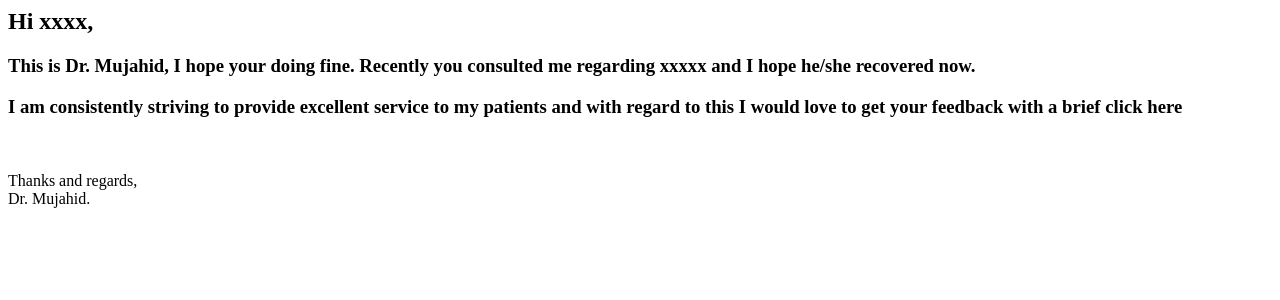
Repository: fazilkarni/mybaby
Page: mybaby/src/com/mybaby/communication/email/email.html
An editor plug-in stored every save of this project. The page is shown before and after the next save, followed by the edit.
The browser window is 1280 px wide. The pictures show the whole page.

Above is the page before, as saved 2016-06-06 17:50:34.

### mybaby/src/com/mybaby/communication/email/email.html
<html>
<body>
<H2>Hi xxxx,</H2>
<h3>This is Dr. Mujahid, I hope your doing fine. Recently you consulted me regarding xxxxx and I hope he/she recovered now. </h3>

<h3>I am consistently striving to provide excellent service to my patients and with regard to this I would love to get your feedback with a brief <a></a><href> click here</href></a></h3>
<br>
<br>

<div>Thanks and regards,</div>
<div>Dr. Mujahid.</div>
</body>
</html>

After the next save:
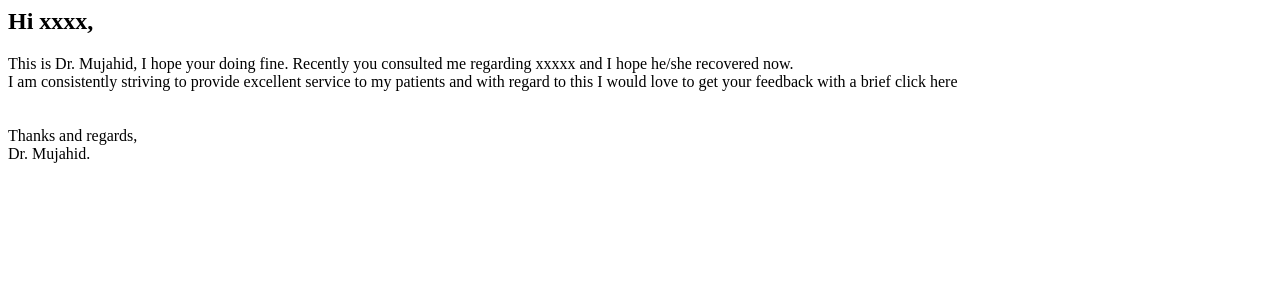
Saved 39 s later.
--- a/mybaby/src/com/mybaby/communication/email/email.html
+++ b/mybaby/src/com/mybaby/communication/email/email.html
@@ -1,9 +1,9 @@
 <html>
 <body>
 <H2>Hi xxxx,</H2>
-<h3>This is Dr. Mujahid, I hope your doing fine. Recently you consulted me regarding xxxxx and I hope he/she recovered now. </h3>
+<div>This is Dr. Mujahid, I hope your doing fine. Recently you consulted me regarding xxxxx and I hope he/she recovered now. </div>
 
-<h3>I am consistently striving to provide excellent service to my patients and with regard to this I would love to get your feedback with a brief <a></a><href> click here</href></a></h3>
+<div>I am consistently striving to provide excellent service to my patients and with regard to this I would love to get your feedback with a brief <a></a><href> click here</href></a></div>
 <br>
 <br>
 
